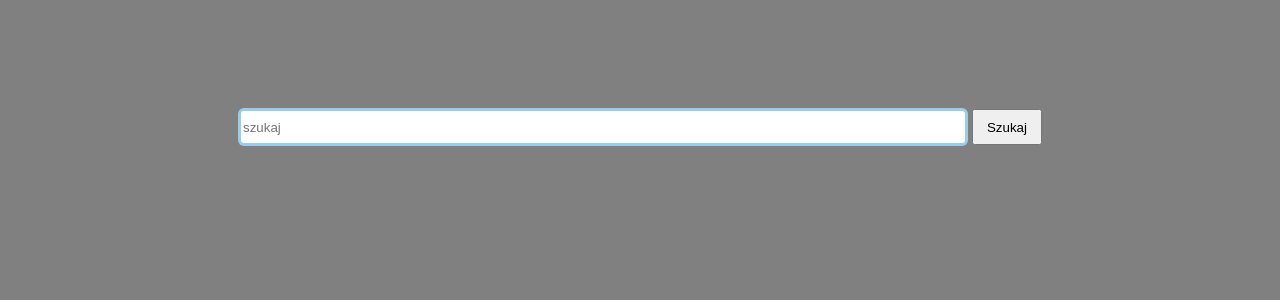
Repository: kq333/wyszukiarka-filmowa
Page: index.html
These files come from the project's save history. The page is drawn as it stood at one moment and after the next save; the edit follows.
The browser window is 1280 px wide. The pictures show the whole page.
The style sheet was rebuilt from its Sass, Less or Tailwind sources for each picture, by a compiler version that may differ from the author's.

Above is the page before, as saved 2021-01-20 13:44:03.

After the next save:
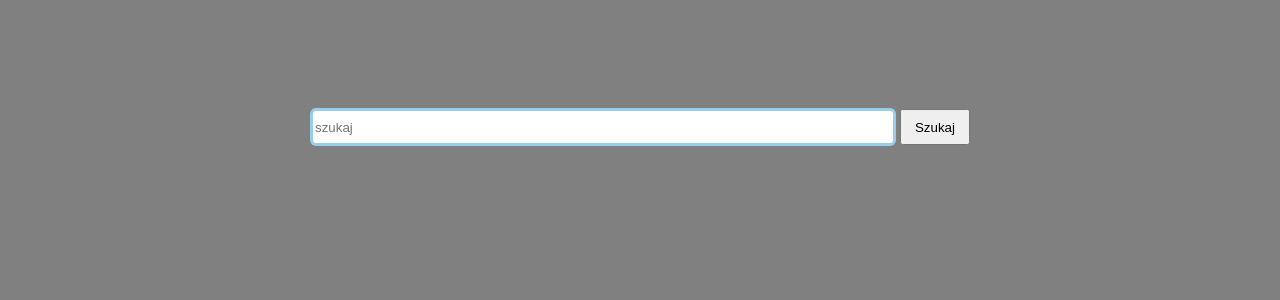
Saved 17 s later.
--- a/style/style.scss
+++ b/style/style.scss
@@ -45,7 +45,7 @@ body{
     margin-top:100px;
 
     #search{
-        width: 100vh;
+        width: 80vh;
         height: 30px;
         border-radius: 6px;
         border:3px solid rgba(84, 172, 223, 0.6);
